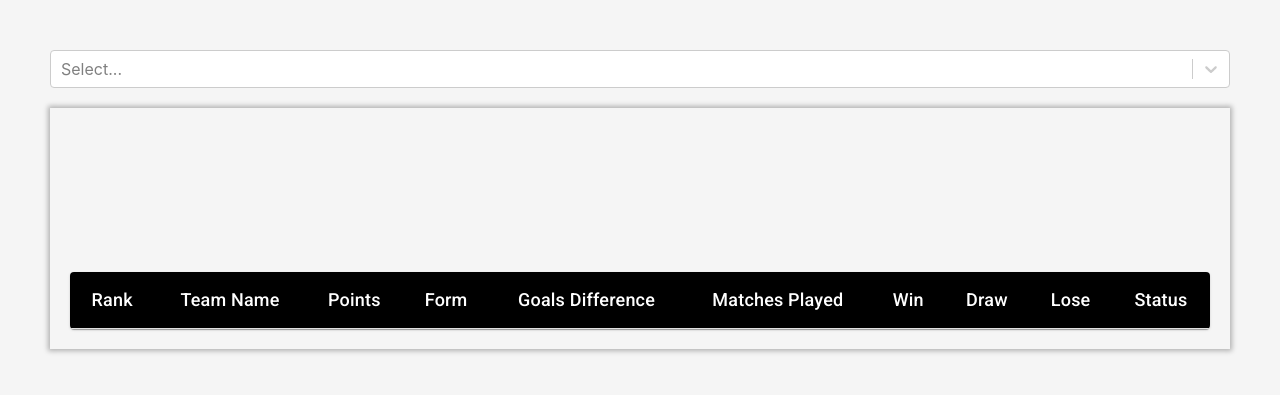
Repository: JorSargsyan/FootballApp
Page: /
The author's editor kept a copy of each file at every save. The page is drawn from the files as they stood at one save, then again after the next save.
The browser window is 1280 px wide. The pictures show the whole page.
The page's requests for data from a server got no answer. The project was rebuilt for these pictures with package versions that can differ from the ones it lists, and the page was loaded fresh each time. No one was signed in, and anything a server would have sent is missing.

Above is the page before, as saved 2019-07-13 17:16:16.

After the next save:
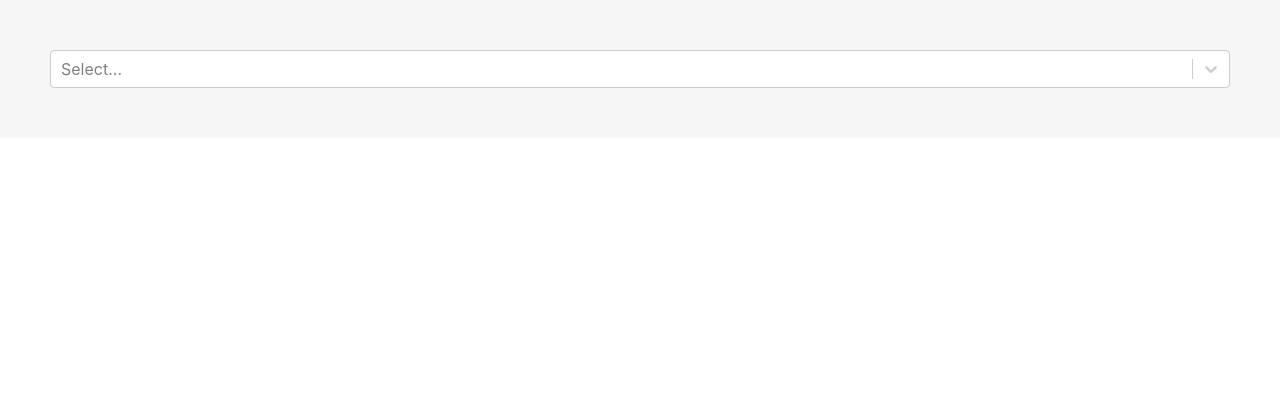
Saved 77 s later.
--- a/src/components/Container/index.js
+++ b/src/components/Container/index.js
@@ -63,7 +63,7 @@ export default class Container extends Component {
                     onChange={this.handleChange}
                     options={this.state.countries}
                 />
-
+                {this.state.standings.length > 0 &&
                 <div className="LeagueInfo">
                     <h2>{this.state.league.country}</h2>
                     <div className='img-area'>
@@ -85,7 +85,9 @@ export default class Container extends Component {
                         {name:"Status",prop:"status"}
                     ]}
                     ></SimpleTable>
+
                 </div>
+                 }
             </div>
         )
     }
